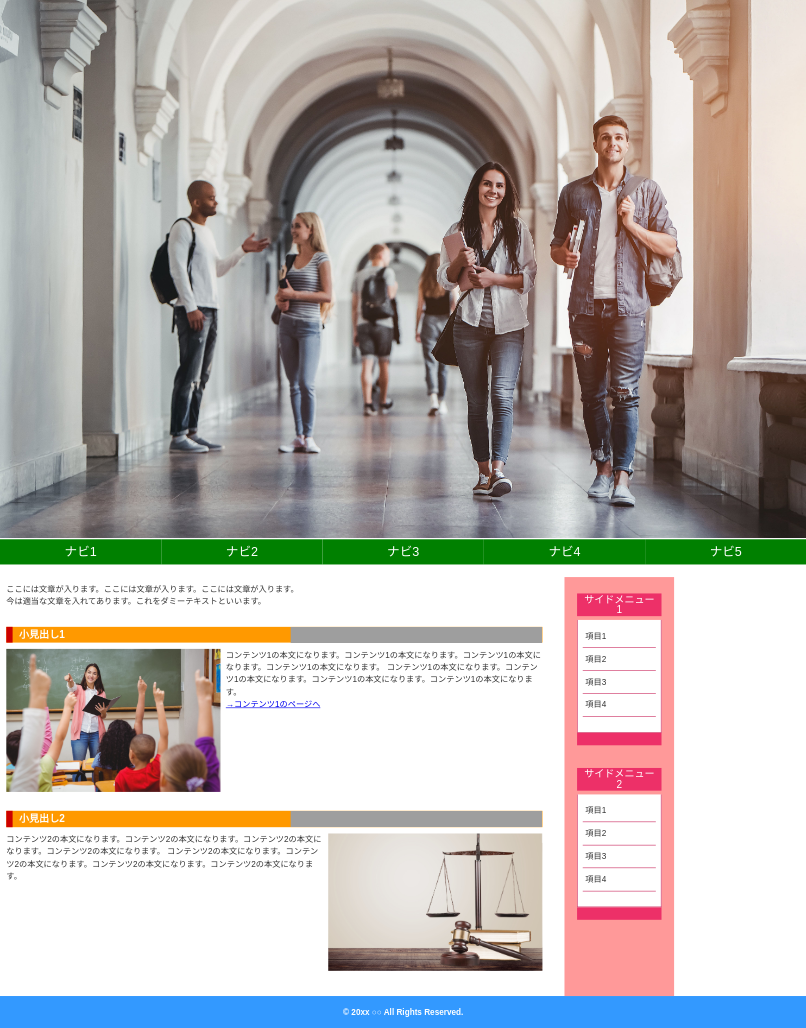
Repository: Tsubasa-Sounds/samurai_HTML-CSS
Page: samurai/home.html
The author's editor kept a record of every edit. The page is drawn from the files as they stood at one moment, then again after the next edit.
The browser window is 1280 px wide. The pictures show the whole page, at 63% of full size.
Pictures or frames that could not be fetched are drawn as grey boxes.

Above is the page before.

After the next edit:
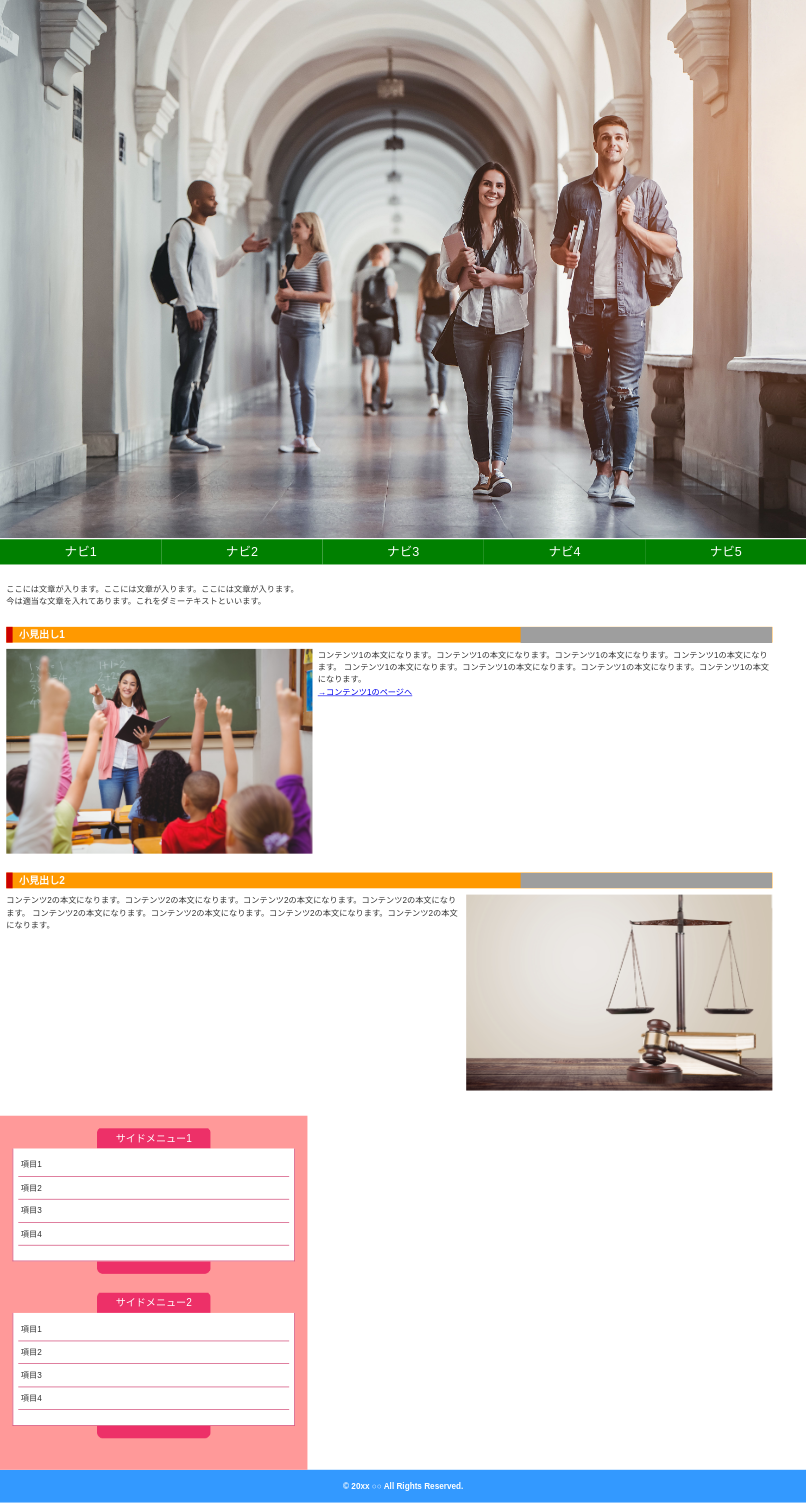
The edit:
--- a/samurai/stylesheet.css
+++ b/samurai/stylesheet.css
@@ -77,8 +77,8 @@
     padding: auto;
     padding-top: 20px;
     clear: both;
-    display: grid;
-	grid-template-columns: 70vw 30vw;
+    /*: grid;
+	grid-template-columns: 70vw 30vw;*/
 }
 /* -------------------- main -------------------- */
 #main {
